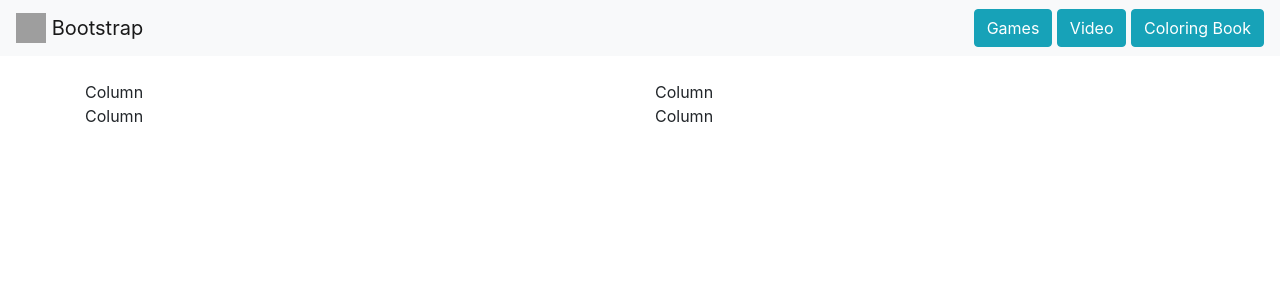
Repository: kkyler24/MCLA
Page: Home.html
These files come from the project's save history. The page is drawn as it stood at one moment and after the next save; the edit follows.
The browser window is 1280 px wide. The pictures show the whole page.
Pictures or frames that could not be fetched are drawn as grey boxes. Some web libraries are served in a nearby version.

Above is the page before, as saved 2020-04-20 21:09:15.

### Home.html

<!DOCTYPE html>
<html lang="en">
<head>
    <meta charset="UTF-8">
    <meta name="viewport" content="width=device-width, initial-scale=1.0">
    <title>MCLA</title>
    <!-- Boostrap Css -->
    <link rel="stylesheet" href="https://maxcdn.bootstrapcdn.com/bootstrap/4.0.0/css/bootstrap.min.css" integrity="sha384-Gn5384xqQ1aoWXA+058RXPxPg6fy4IWvTNh0E263XmFcJlSAwiGgFAW/dAiS6JXm" crossorigin="anonymous">
    <link  type="text/css" rel="stylesheet" href="Home.css">
</head>
<body>
    <header>
<!--NavBar  -->

<nav class="navbar navbar-light bg-light">
  <!-- Image Logo -->
    <a class="navbar-brand" href="#">
      <img src="/docs/4.0/assets/brand/bootstrap-solid.svg" width="30" height="30" class="d-inline-block align-top" alt="">
      Bootstrap
    </a>
    <!-- end of logo -->
    <div class="navbuttons">
      <button  id="gamesBtn" type="button" class="btn btn-info navbuttons">Games</button>
      <button  id="videoBtn" type="button" class="btn btn-info navbuttons">Video</button>
      <button id="coloringBookBtn" type="button" class="btn btn-info navbuttons">Coloring Book</button>

      </div>
  </nav>

  <!-- Jumbotron -->

<br>
    </header>
    <main>
      <div class="container">
        <div class="row">
          <div class="col">Column</div>
          <div class="col">Column</div>
          <div class="w-100"></div>
          <div class="col">Column</div>
          <div class="col">Column</div>
        </div>
      </div>









    </main>
<!-- footer -->
<footer>

</footer>
    <!--JS files  -->
    <script src="https://code.jquery.com/jquery-3.2.1.slim.min.js" integrity="sha384-KJ3o2DKtIkvYIK3UENzmM7KCkRr/rE9/Qpg6aAZGJwFDMVNA/GpGFF93hXpG5KkN" crossorigin="anonymous"></script>
<script src="https://cdnjs.cloudflare.com/ajax/libs/popper.js/1.12.9/umd/popper.min.js" integrity="sha384-ApNbgh9B+Y1QKtv3Rn7W3mgPxhU9K/ScQsAP7hUibX39j7fakFPskvXusvfa0b4Q" crossorigin="anonymous"></script>
<script src="https://maxcdn.bootstrapcdn.com/bootstrap/4.0.0/js/bootstrap.min.js" integrity="sha384-JZR6Spejh4U02d8jOt6vLEHfe/JQGiRRSQQxSfFWpi1MquVdAyjUar5+76PVCmYl" crossorigin="anonymous"></script>
</body>
</html>

Loaded but not shown: Home.css (empty)

After the next save:
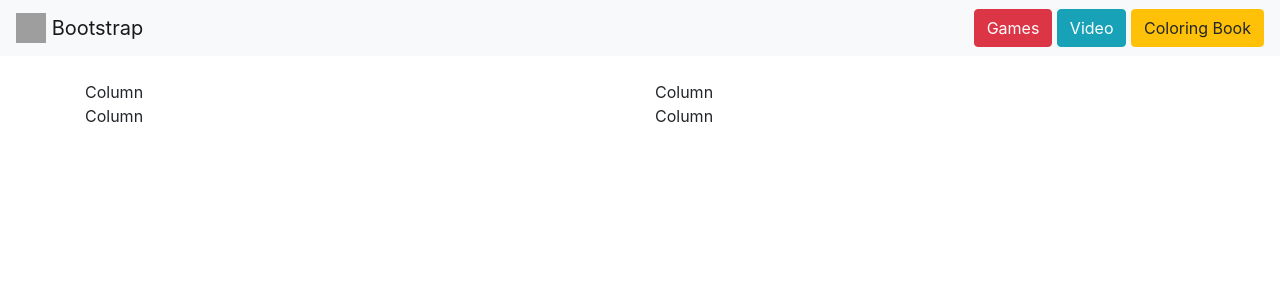
Saved 40 s later.
--- a/Home.html
+++ b/Home.html
@@ -21,9 +21,9 @@
     </a>
     <!-- end of logo -->
     <div class="navbuttons">
-      <button  id="gamesBtn" type="button" class="btn btn-info navbuttons">Games</button>
-      <button  id="videoBtn" type="button" class="btn btn-info navbuttons">Video</button>
-      <button id="coloringBookBtn" type="button" class="btn btn-info navbuttons">Coloring Book</button>
+      <button id="gamesBtn" type="button" class="btn btn-danger navbuttons">Games</button>
+      <button id="videoBtn" type="button" class="btn btn-info navbuttons">Video</button>
+      <button id="coloringBookBtn" type="button" class="btn btn-warning navbuttons">Coloring Book</button>
 
       </div>
   </nav>
